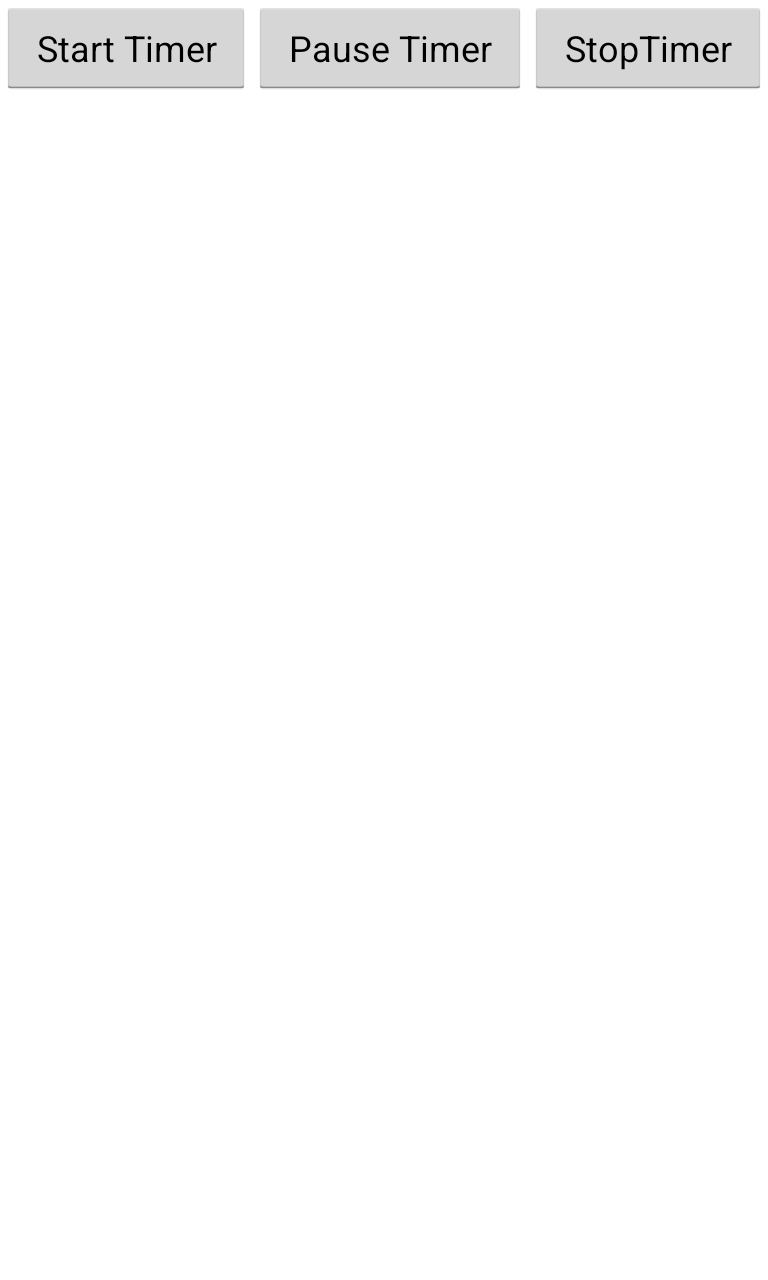
Repository: colinangusmackay/Xander.Pomodoro
Layout: src/Android/XanderPomodoro/res/layout/activity_main.xml
These files come from the project's save history. The layout is drawn as it stood at one moment and after the next save; the edit follows.
It is drawn on a 768 x 1280 px phone screen (xhdpi) without system bars, with theme AppTheme; the app's code is not run.

Above is the layout before, as saved 2013-02-09 12:02:38.

After the next save:
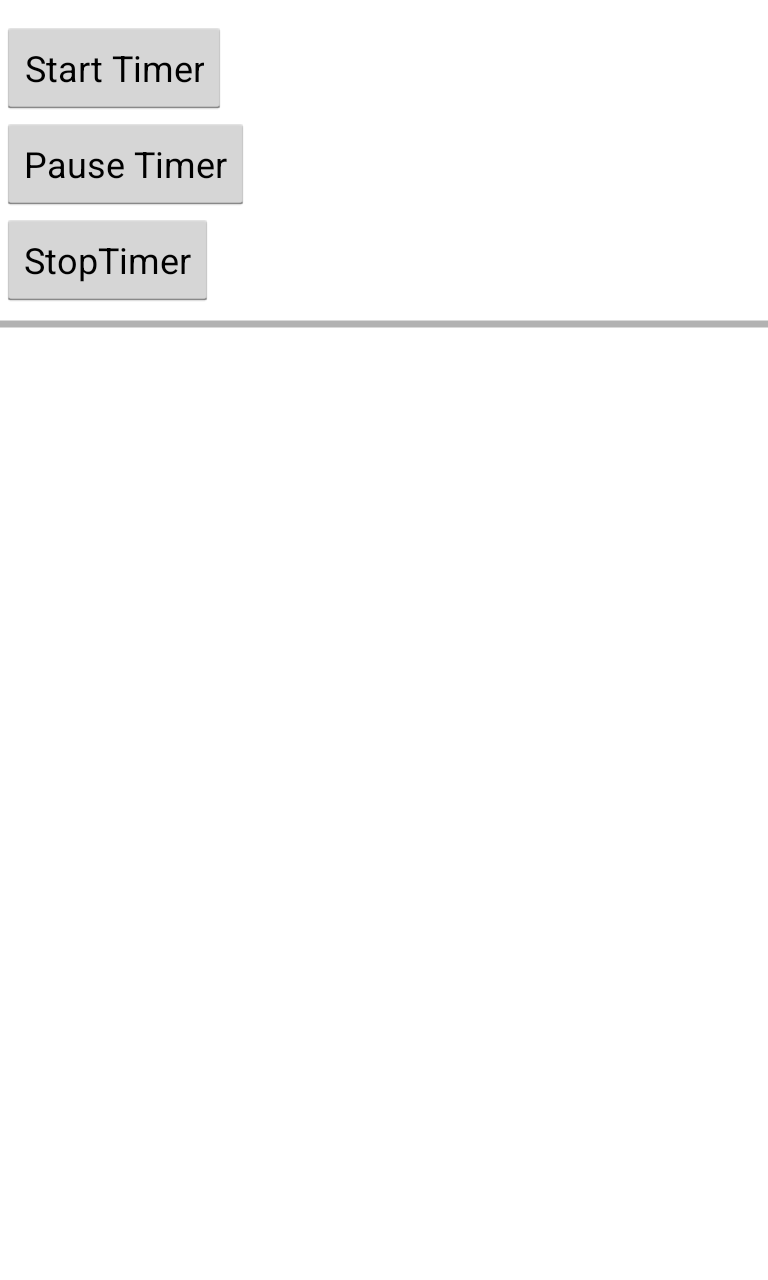
Saved 5 min 33 s later.
--- a/src/Android/XanderPomodoro/res/layout/activity_main.xml
+++ b/src/Android/XanderPomodoro/res/layout/activity_main.xml
@@ -2,11 +2,14 @@
     xmlns:tools="http://schemas.android.com/tools"
     android:layout_width="match_parent"
     android:layout_height="match_parent"
+    android:orientation="vertical"
     tools:context=".MainActivity" >
 
     <LinearLayout
         android:layout_width="match_parent"
-        android:layout_height="wrap_content" >
+        android:layout_height="wrap_content"
+        android:layout_marginTop="10dip"
+        android:orientation="vertical" >
 
         <Button
             android:id="@+id/startTimerButton"
@@ -30,16 +33,10 @@
             android:text="@string/button_stopTimer" />
     </LinearLayout>
 
-    <LinearLayout
+    <ProgressBar
+        android:id="@+id/progressBar1"
+        style="?android:attr/progressBarStyleHorizontal"
         android:layout_width="match_parent"
-        android:layout_height="wrap_content"
-        android:orientation="vertical" >
-
-        <ProgressBar
-            android:id="@+id/progress"
-            style="@android:attr/progressBarStyleHorizontal"
-            android:layout_width="match_parent"
-            android:layout_height="30dip" />
-    </LinearLayout>
+        android:layout_height="wrap_content" />
 
 </LinearLayout>
